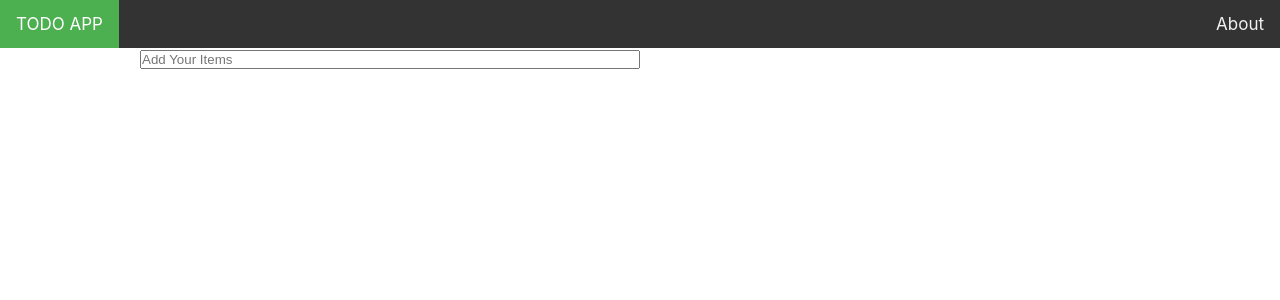
Repository: hoangphuong965/myTodoList
Page: /
The author's editor kept a copy of each file at every save. The page is drawn from the files as they stood at one save, then again after a run of saves.
The browser window is 1280 px wide. The pictures show the whole page.
The project was rebuilt for these pictures with package versions that can differ from the ones it lists, and the page was loaded fresh each time.

Above is the page before, as saved 2020-06-01 09:32:42.

After the next 2 saves:
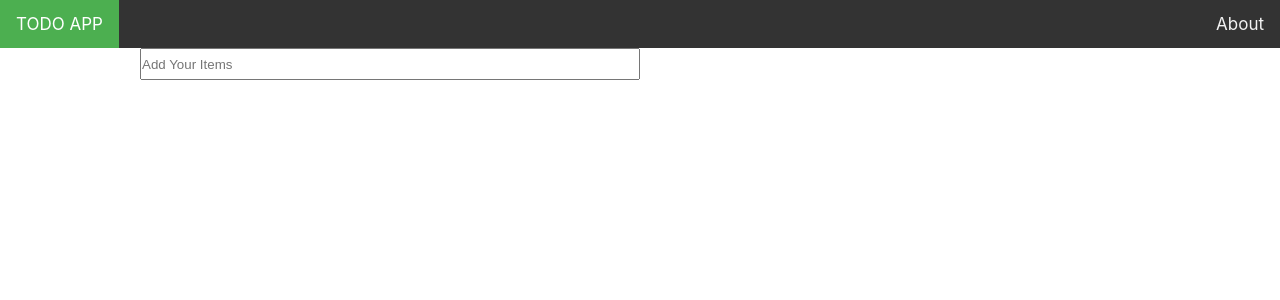
The 2 saves are shown as one change because they came seconds apart.
The last was saved 9 s later.
--- a/src/components/todo.css
+++ b/src/components/todo.css
@@ -11,5 +11,5 @@
 
 .input{
     width: 500px;
-
+    height: 2rem;
 }
